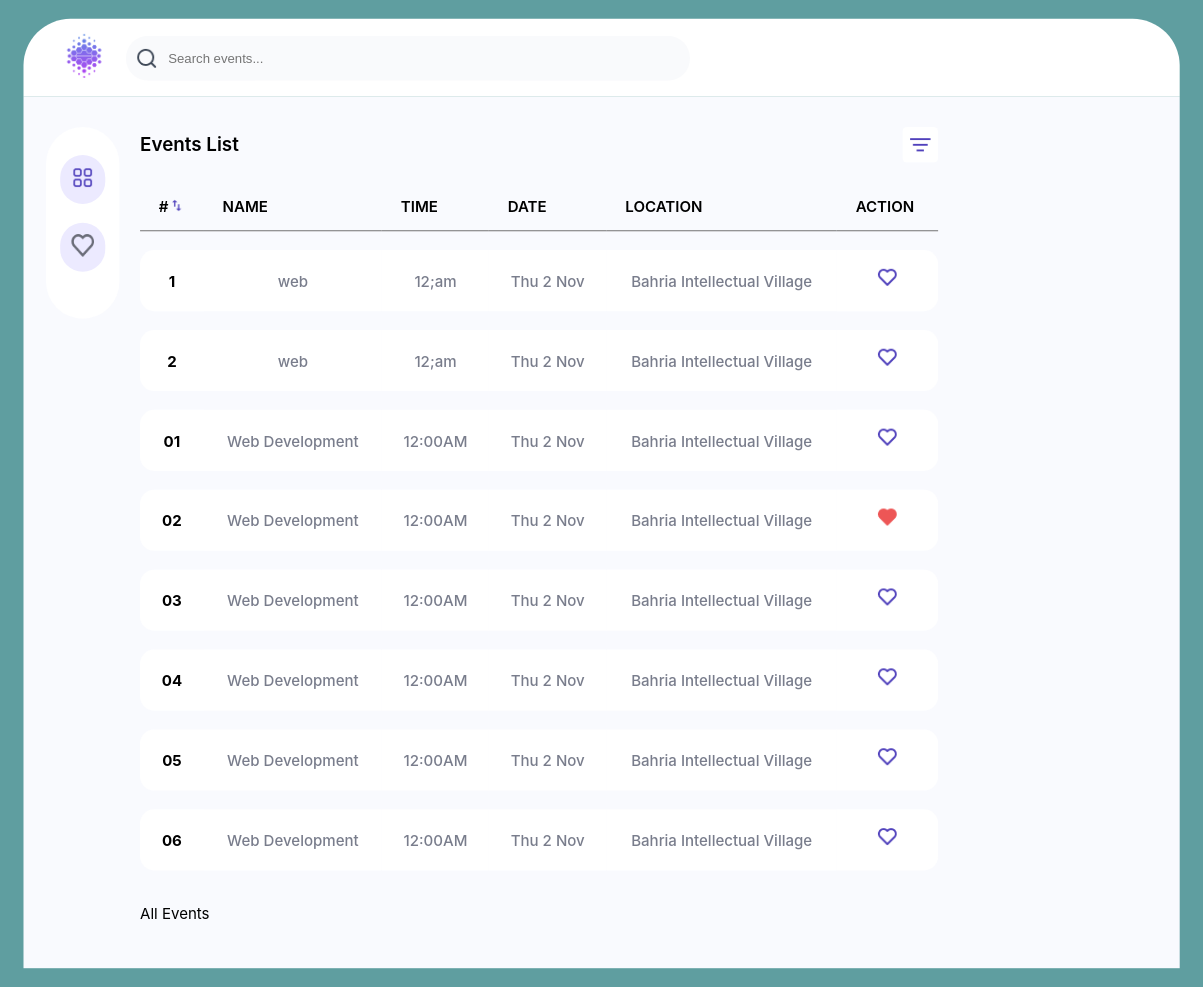
Repository: ahmadunitedsol710/react-dashboard
Page: /
These files come from the project's save history. The page is drawn as it stood at one moment and after a run of saves; the edit follows.
The browser window is 1280 px wide. The pictures show the whole page, at 94% of full size.
The project was rebuilt for these pictures with package versions that can differ from the ones it lists, and the page was loaded fresh each time.

Above is the page before, as saved 2024-07-30 11:29:51.

### src/App.js
// import {BrowserRouter as Router, Routes, Route} from 'react-router-dom';
import Header from './Components/Header/index';
import Events from './Components/Body/events'
import './App.css';

function App() {
  return (
    <div className="App container">
    {/* <Router>
      <Routes>
          <Route path="/" exact element={<Header/>}/>
      </Routes>
    </Router> */}
    <Header/>
    <Events/>
    </div>
  );
}

export default App;

### src/Components/Header/index.js
import '../../App.css';
import logo from '../../Images/logo.png'

const Index = () => {

    return (
        <>
            <div className="header">
                <div className="logo">
                    <img src={logo} alt="logo" />
                </div>
                <div className="search_box">
                    <input type="search"  name="search" placeholder='Search events...' className='srch'/>
                </div>
            </div>
        </>
    )
}

export default Index;

### src/Components/Body/events.js
import '../../App.css';
import Sidebar from './sidebar';
import List from './eventlist';

const Index = () => {

    return (
        <>
            <div className="events">
             <Sidebar/>
             <List/>
            </div>
        </>
    )
}

export default Index;

### src/App.css
body {
  background-color: cadetblue;
}

.container {
  max-width: 1440px;
  margin: 20px auto;
  padding: 0 25px;
  box-sizing: border-box;
}

.App-logo {
  height: 40vmin;
  pointer-events: none;
}

@media (prefers-reduced-motion: no-preference) {
  .App-logo {
    animation: App-logo-spin infinite 20s linear;
  }
}

.App-header {
  background-color: #282c34;
  min-height: 100vh;
  display: flex;
  flex-direction: column;
  align-items: center;
  justify-content: center;
  font-size: calc(10px + 2vmin);
  color: white;
}

.App-link {
  color: #61dafb;
}

@keyframes App-logo-spin {
  from {
    transform: rotate(0deg);
  }
  to {
    transform: rotate(360deg);
  }
}


/* Header */
.header { display: flex; justify-content: center; align-items: center; gap: 20px; background-color: #ffffff; padding: 15px 40px; border-radius: 50px 50px 0 0; }

.header .search_box { position: relative; width: 100%; }

.header .search_box .srch { background-image: url(./Images/Search.png); background-repeat: no-repeat; background-color: #F9FAFC; background-position: 10px center; border: none; padding: 13px 45px; width: 600px; border-radius: 50px; font-size: 14px; font-weight: 400; color: #3D4756; line-height: 22px; }


/* Events */
.events {
  background-color: #f9fafe;
  padding: 32px 24px;
  box-sizing: border-box;
  display: flex;
  gap: 22px;
  align-items: flex-start;
}

/* Sidebar */
.sidebar {
  display: flex;
  flex-direction: column;
  background-color: #ffffff;
  width: max-content;
  padding: 30px 15px;
  box-sizing: border-box;
  border-radius: 40px;
}

.image {
  background-color: #ECEAFF;
  margin-bottom: 20px;
  border-radius: 25px;
}

.sidebar_img {
  width: 24px;
  height: 24px;
  padding: 12px;
}

/* Event list */
.main {
  display: flex;
  justify-content: space-between;
  align-items: center;
}

.main .heading {
  font-size: 20px;
  font-weight: 600;
  line-height: 30px;
  margin: 0;
}

.main .filter {
  background-color: #ffffff;
  padding: 5px;
  border-radius: 5px;
  box-sizing: border-box;
}

table {
  border-collapse: separate;
  border-spacing: 0 20px;
  width: 849px;
}

th {
  text-align: left;
  font-size: 16px;
  font-weight: 600;
  line-height: 22px;
  padding: 15px 20px;
  box-sizing: border-box;
  border-bottom: 1px solid #6a6a6a;
}

.index {
  font-size: 16px;
  font-weight: bolder;
  line-height: 24px;
}

.body_row td {
  background-color: #ffffff;
  padding: 20px;
  text-align: center;
}

.body_row td:first-child {
  border-radius: 15px 0 0 15px;
}

.body_row td:last-child {
  border-radius: 0 15px 15px 0;
}

.body_row .details {
  font-size: 16px;
  font-weight: 500;
  line-height: 24px;
  color: #797d8c;
}

### src/Components/Body/sidebar.js
import '../../App.css';
import grid from '../../Images/grid.png';
import favourite from '../../Images/fav.png'

const sidebar = () => {

    return (
        <>
            <div className="sidebar">
                <div className="image">
                    <img src={grid} alt="grid" className='sidebar_img'/>
                </div>
                <div className="image">
                    <img src={favourite} alt="favourite" className='sidebar_img'/>
                </div>
            </div>
        </>
    )
}

export default sidebar;

### src/Components/Body/eventlist.js
import '../../App.css';
import swap from '../../Images/swap.png';
import emptyfav from '../../Images/empty_fav.png'
import fillfav from '../../Images/fill_fav.png'
import filter from '../../Images/filter.png'

const Eventlist = () => {
       const tabledata = [


    {id:1,name:"web",time:'12;am',date:"12marg",location:"happy"},
    {id:2,name:"web",time:'12;am',date:"12marg",location:"sad"}
       ]
    return (
        <>
            <div className="event_details">
                <div className="evenlist">
                    <div className="main">
                        <h2 className='heading'>Events List</h2>
                        <img src={filter} alt="filter" className='filter' />
                    </div>
                    <table className="table">
                        <thead className='table_head'>
                            <tr>
                                <th># <img src={swap} alt="swap" /> </th>
                                <th>NAME</th>
                                <th>TIME</th>
                                <th>DATE</th>
                                <th>LOCATION</th>
                                <th>ACTION</th>
                            </tr>
                        </thead>
                        <tbody>
                            {tabledata.map((data)=>(
                                <tr className='body_row'>
                                <td className='index' data-label="index">{data.id}</td>
                                <td className='details' data-label="name">{data.name}</td>
                                <td className='details' data-label="time">{data.time}</td>
                                <td className='details' data-label="date">Thu 2 Nov</td>
                                <td className='details' data-label="location">Bahria Intellectual Village</td>
                                <td className='details' data-label="location"> <img src={emptyfav} alt="emptyfav" /> </td>
                            </tr>
                            ))}
                            <tr className='body_row'>
                                <td className='index' data-label="index">01</td>
                                <td className='details' data-label="name">Web Development</td>
                                <td className='details' data-label="time">12:00AM</td>
                                <td className='details' data-label="date">Thu 2 Nov</td>
                                <td className='details' data-label="location">Bahria Intellectual Village</td>
                                <td className='details' data-label="location"> <img src={emptyfav} alt="emptyfav" /> </td>
                            </tr>

                            <tr className='body_row'>
                                <td className='index' data-label="index">02</td>
                                <td className='details' data-label="name">Web Development</td>
                                <td className='details' data-label="time">12:00AM</td>
                                <td className='details' data-label="date">Thu 2 Nov</td>
                                <td className='details' data-label="location">Bahria Intellectual Village</td>
                                <td className='details' data-label="location"> <img src={fillfav} alt="fillfav" /> </td>
                            </tr>

                            <tr className='body_row'>
                                <td className='index' data-label="index">03</td>
                                <td className='details' data-label="name">Web Development</td>
                                <td className='details' data-label="time">12:00AM</td>
                                <td className='details' data-label="date">Thu 2 Nov</td>
                                <td className='details' data-label="location">Bahria Intellectual Village</td>
                                <td className='details' data-label="location"> <img src={emptyfav} alt="emptyfav" /> </td>
                            </tr>

                            <tr className='body_row'>
                                <td className='index' data-label="index">04</td>
                                <td className='details' data-label="name">Web Development</td>
                                <td className='details' data-label="time">12:00AM</td>
                                <td className='details' data-label="date">Thu 2 Nov</td>
                                <td className='details' data-label="location">Bahria Intellectual Village</td>
                                <td className='details' data-label="location"> <img src={emptyfav} alt="emptyfav" /> </td>
                            </tr>

                            <tr className='body_row'>
                                <td className='index' data-label="index">05</td>
                                <td className='details' data-label="name">Web Development</td>
                                <td className='details' data-label="time">12:00AM</td>
                                <td className='details' data-label="date">Thu 2 Nov</td>
                                <td className='details' data-label="location">Bahria Intellectual Village</td>
                                <td className='details' data-label="location"> <img src={emptyfav} alt="emptyfav" /> </td>
                            </tr>

                            <tr className='body_row'>
                                <td className='index' data-label="index">06</td>
                                <td className='details' data-label="name">Web Development</td>
                                <td className='details' data-label="time">12:00AM</td>
                                <td className='details' data-label="date">Thu 2 Nov</td>
                                <td className='details' data-label="location">Bahria Intellectual Village</td>
                                <td className='details' data-label="location"> <img src={emptyfav} alt="emptyfav" /> </td>
                            </tr>
                        </tbody>
                    </table>
                </div>

                <div className="cards">
                    <div className="all_events">
                        <p className='title'>All Events</p>

                    </div>
                    <div className="this_month"></div>
                    <div className="fav_events"></div>
                </div>
            </div>
        </>
    )
}

export default Eventlist;

Loaded but not shown: public/index.html (common file); src/index.js (common file); src/index.css (common file); src/reportWebVitals.js (common file)

After the next 2 saves:
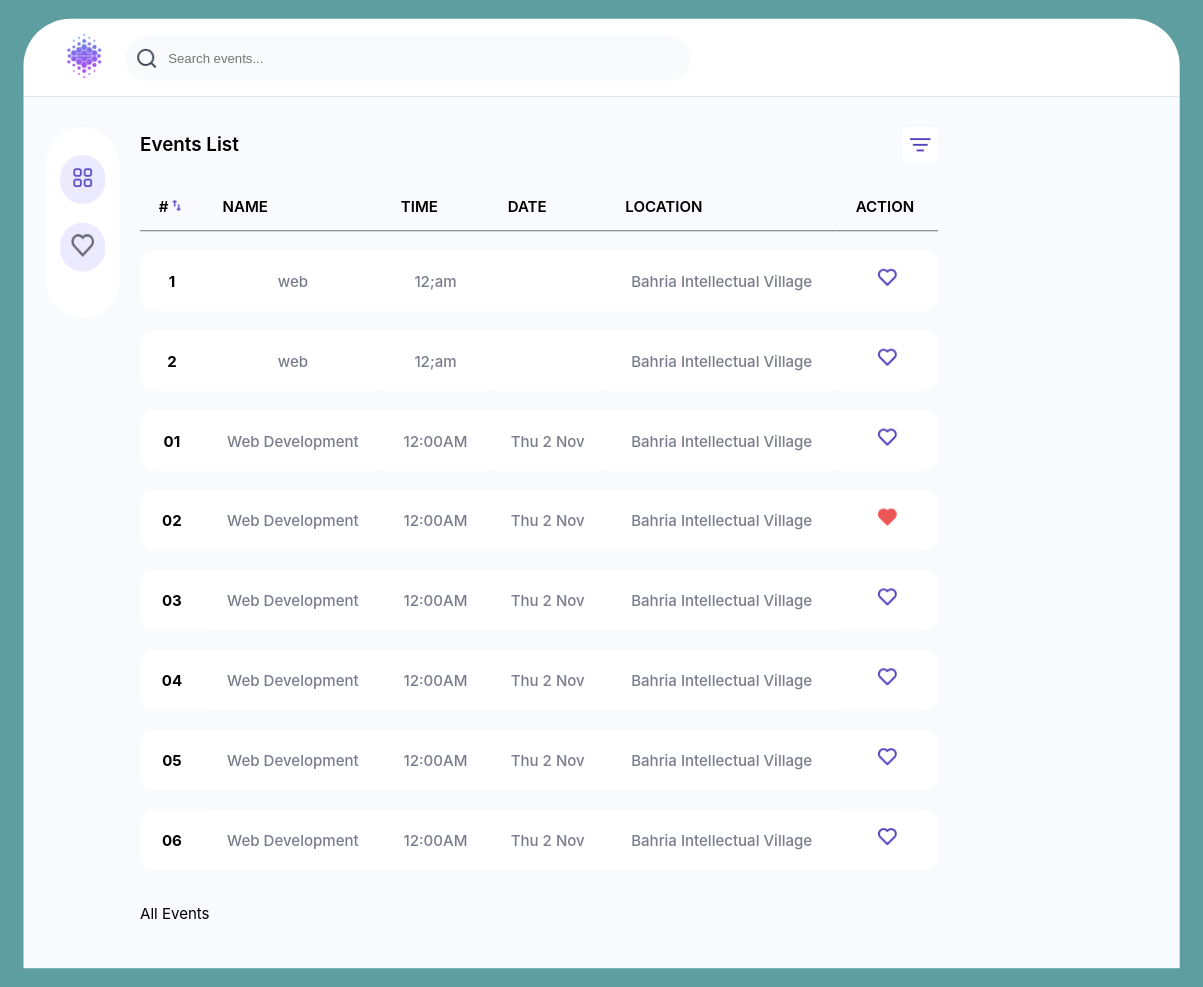
The 2 saves are shown as one change because they came seconds apart.
The last was saved 6 s later.
--- a/src/Components/Body/eventlist.js
+++ b/src/Components/Body/eventlist.js
@@ -36,7 +36,7 @@ const Eventlist = () => {
                                 <td className='index' data-label="index">{data.id}</td>
                                 <td className='details' data-label="name">{data.name}</td>
                                 <td className='details' data-label="time">{data.time}</td>
-                                <td className='details' data-label="date">Thu 2 Nov</td>
+                                <td className='details' data-label="date">{}</td>
                                 <td className='details' data-label="location">Bahria Intellectual Village</td>
                                 <td className='details' data-label="location"> <img src={emptyfav} alt="emptyfav" /> </td>
                             </tr>
